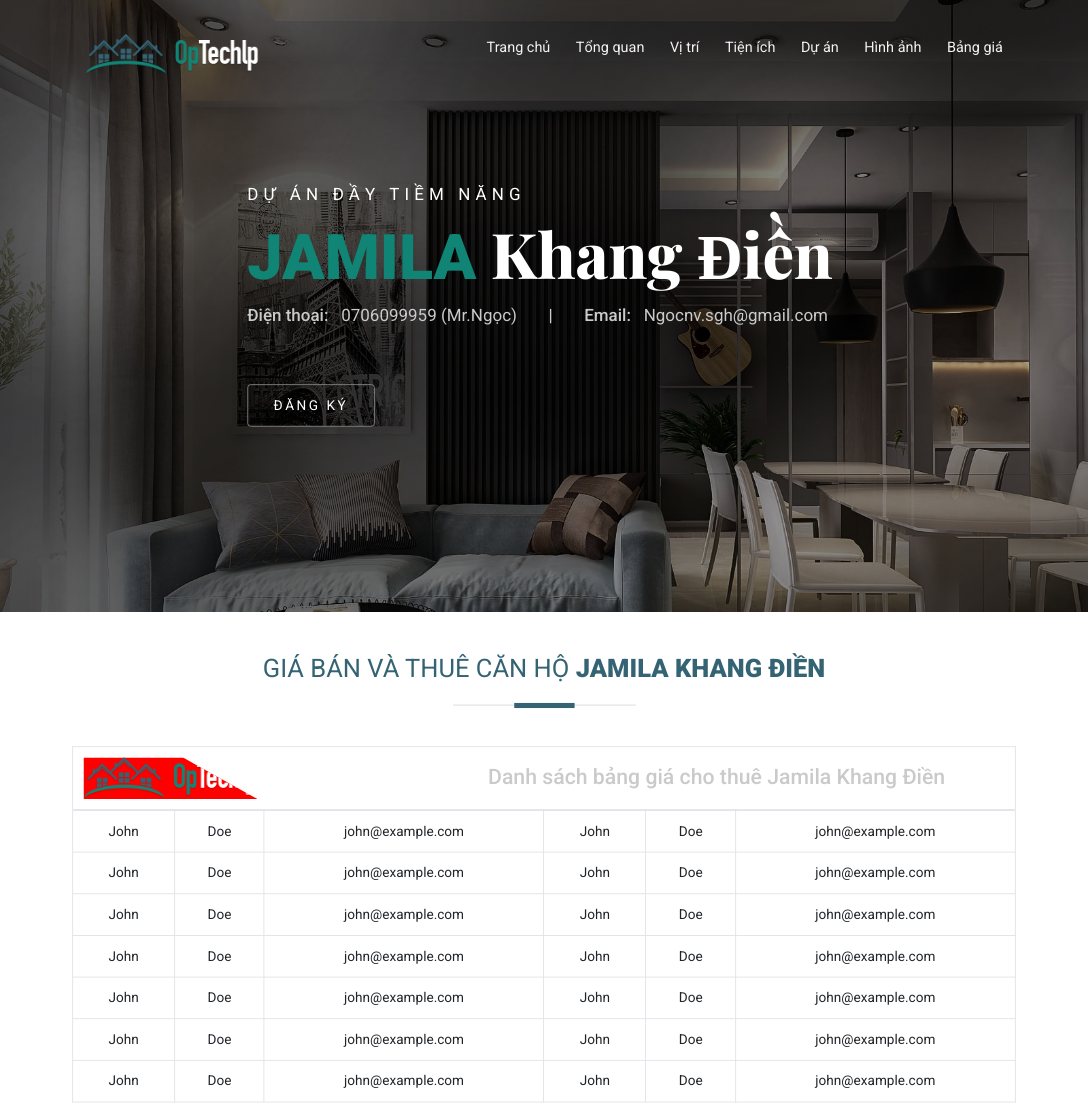
Repository: phunobi1807/Myweb
Page: index.html
These files come from the project's save history. The page is drawn as it stood at one moment and after the next save; the edit follows.
The browser window is 1280 px wide. The pictures show the whole page, at 85% of full size.
Some web fonts or font styles are not loaded; a fallback is used.

Above is the page before, as saved 2021-05-14 11:59:30.

### index.html
<!DOCTYPE html>
<html lang="en">

<head>
    <meta charset="UTF-8">
    <meta http-equiv="X-UA-Compatible" content="IE=edge">
    <meta name="viewport" content="width=device-width, initial-scale=1.0">
    <link rel="stylesheet" type="text/css" href="./css/style.css">
    <title>JAMILA Khang Điền</title>
</head>

<body>
    <header>
        <a href="#" class="logo">
            <img src="./image/logo-banner.png" alt="logo">
        </a>
        <div class="menuToggle" onclick="toggleMenu"></div>
        <ul class="navigation">
            <li><a href="#" onclick="toggleMenu">Trang chủ</a></li>
            <li><a href="#" onclick="toggleMenu">Tổng quan</a></li>
            <li><a href="#" onclick="toggleMenu">Vị trí</a></li>
            <li><a href="#" onclick="toggleMenu">Tiện ích</a></li>
            <li><a href="#" onclick="toggleMenu">Dự án</a></li>
            <li><a href="#" onclick="toggleMenu">Hình ảnh</a></li>
            <li><a href="#" onclick="toggleMenu">Bảng giá</a></li>
        </ul>
    </header>
    <section class="banner" id="banner">
        <div class="content">
            <p class="title">dự án đầy tiềm năng</p>
            <h3><strong>JAMILA</strong> Khang Điền</h3>
            <div class="content-contact">
                <p class="phone">Điện thoại: <span class="number-phone">0706099959 (Mr.Ngọc)</span></p>
                <div class="gachgiua">|</div>
                <p class="email">Email: <span class="email">Ngocnv.sgh@gmail.com</span></p>
            </div>
            <div class="input">
                <input type="button" class="btn btn-outline" value="Đăng ký">
            </div>
        </div>
    </section>
    <section class="price-apartment mt-5">
        <div class="container text-center">
            <div class="list-price-apartment">
                <h1>giá bán và thuê căn hộ <span>jamila khang điền</span></h1>
                <div class="gach-chan">
                    <div class="gachchan"></div>
                </div>
                <table class="table table-bordered mt-5">
                    <thead>
                        <tr>
                            <th colspan="6">
                                <div class="title-table">
                                    <img src="./image/logo-banner.png" alt="">
                                    <p>Danh sách bảng giá cho thuê Jamila Khang Điền</p>
                                </div>
                            </th>
                        </tr>
                    </thead>
                    <tbody>
                        <tr>
                            <td>John</td>
                            <td>Doe</td>
                            <td>john@example.com</td>
                            <td>John</td>
                            <td>Doe</td>
                            <td>john@example.com</td>
                        </tr>
                        <tr>
                            <td>John</td>
                            <td>Doe</td>
                            <td>john@example.com</td>
                            <td>John</td>
                            <td>Doe</td>
                            <td>john@example.com</td>
                        </tr>
                        <tr>
                            <td>John</td>
                            <td>Doe</td>
                            <td>john@example.com</td>
                            <td>John</td>
                            <td>Doe</td>
                            <td>john@example.com</td>
                        </tr>
                        <tr>
                            <td>John</td>
                            <td>Doe</td>
                            <td>john@example.com</td>
                            <td>John</td>
                            <td>Doe</td>
                            <td>john@example.com</td>
                        </tr>
                        <tr>
                            <td>John</td>
                            <td>Doe</td>
                            <td>john@example.com</td>
                            <td>John</td>
                            <td>Doe</td>
                            <td>john@example.com</td>
                        </tr>
                        <tr>
                            <td>John</td>
                            <td>Doe</td>
                            <td>john@example.com</td>
                            <td>John</td>
                            <td>Doe</td>
                            <td>john@example.com</td>
                        </tr>
                        <tr>
                            <td>John</td>
                            <td>Doe</td>
                            <td>john@example.com</td>
                            <td>John</td>
                            <td>Doe</td>
                            <td>john@example.com</td>
                        </tr>

                    </tbody>

                </table>
            </div>
        </div>
    </section>
    <link rel="stylesheet" href="https://maxcdn.bootstrapcdn.com/bootstrap/4.5.2/css/bootstrap.min.css">
    <script src="https://ajax.googleapis.com/ajax/libs/jquery/3.5.1/jquery.min.js"></script>
    <script src="https://cdnjs.cloudflare.com/ajax/libs/popper.js/1.16.0/umd/popper.min.js"></script>
    <script src="https://maxcdn.bootstrapcdn.com/bootstrap/4.5.2/js/bootstrap.min.js"></script>
    <script type="text/javascript">
        window.addEventListener('scroll', function() {
            const header = document.querySelector('header');
            header.classList.toggle("sticky", window.scrollY > 0);
        });

        function toggleMenu() {
            const menutoggle = document.querySelector('.menuToggle');
            const navigation = document.querySelector('.navigation');
            menuToggle.classList.toggle('active');
            navigation.classList.toggle('active');
        }
    </script>
</body>

</html>
<!-- <script type="text/javascript">
    window.addEventListener('scroll', function() {
        const header = document.querySelector('header');
        header.classList.toggle("sticky", window.scrollY > 0);
    });

    function toggleMenu() {
        const menuToggle = document.querySelector('.menuToggle');
        const navigation = document.querySelector('.navigation');
        menuToggle.classList.toggle('active');
        navigation.classList.toggle('active');
    }
</script> -->

### css/style.css
    @import url(https://fonts.googleapis.com/css2?family=Roboto:wght@100;200;300;400;500;600;800;900&display=swap);
    @import url(https://fonts.googleapis.com/css2?family=Playfair+Display:wght@100;200;300;400;500;600;800;900&display=swap);
    * {
        margin: 0;
        padding: 0;
        box-sizing: border-box;
        font-family: 'Roboto', 'Regular';
        scroll-behavior: smooth;
    }

    body {
        overflow-x: hidden;
    }

    p {
        font-weight: 300;
        color: #ffffff;
    }

    .banner {
        position: relative;
        width: 100%;
        min-height: 100vh;
        display: flex;
        justify-content: center;
        align-items: center;
        background: url('../image/banner.png');
        background-size: cover;
    }

    .banner .content {
        max-width: 900px;
        text-align: left;
    }

    .banner .content p.title {
        font-size: 20px;
        opacity: 100%;
        text-transform: uppercase;
        font-weight: 400;
        letter-spacing: 6px;
        line-height: 20px;
        color: #ffffff;
    }

    .banner .content h3 {
        font-family: 'Playfair Display', serif;
        font-size: 74px;
        font-style: bold;
        font-weight: 700;
        color: #ffffff;
        text-align: left;
    }

    .banner .content h3 strong {
        color: #118575;
    }

    .banner .content .content-contact {
        margin-bottom: 50px;
    }

    .banner .content .content-contact,
    p {
        display: flex;
        color: #cacaca;
        font-size: 20px;
        font-style: bold;
        font-weight: 500;
    }

    .banner .content .content-contact p span {
        padding: 0px 15px;
        font-weight: 400;
        font-style: normal;
        color: #cacaca;
    }

    .banner .content .content-contact .gachgiua {
        padding-right: 15px;
        margin: 0px 22px;
    }

    .banner .content .input input {
        width: 150px;
        height: 50px;
        border: 1px solid;
        /* opacity: 40%; */
        color: #ffffff;
        border-color: #8a8a8a;
        text-transform: uppercase;
        letter-spacing: 3px;
        transition: 0.5s;
    }

    .banner .content .input input:hover {
        width: 160px;
        transition: 0.5s;
        background-color: #118575;
    }

    .banner .content .input input::-ms-value {
        color: red;
    }

    header {
        position: fixed;
        top: 0;
        left: 0;
        width: 100%;
        padding: 40px 100px;
        z-index: 10;
        display: flex !important;
        justify-content: space-between;
        align-items: center;
        transition: 0.5s;
    }

    header.sticky {
        background: rgb(43, 43, 43);
        padding: 10px 100px;
        box-shadow: 0 5px 20px rgba(0, 0, 0, 0.05);
    }

    header.sticky ul {
        margin-top: 14px;
        line-height: 14px;
    }

    header .navigation {
        position: relative;
        display: flex;
    }

    header .navigation li {
        list-style-type: none;
        margin-left: 30px;
    }

    header .navigation li a {
        opacity: 100%;
        font-size: 17px;
        text-decoration: none;
        color: #f2f2f2;
        line-height: 20px;
    }

    header.sticky .navigation li a {
        color: #fff;
    }

    header .navigation li a:hover {
        color: #118575;
        letter-spacing: 3px;
        transition: 1s;
        text-transform: uppercase;
    }
    /* giá bán căn hộ trong bảng  */

    .price-apartment h1 {
        font-size: 30px;
        text-transform: uppercase;
        font-weight: 400;
        color: #346473;
    }

    .price-apartment h1 span {
        font-weight: 900;
    }

    .price-apartment .gach-chan {
        border-bottom: 1px solid #d7d7d7;
        width: 215px;
        margin-left: 28rem;
        z-index: 1;
        margin-top: 25px;
    }

    .price-apartment .gachchan {
        position: absolute;
        border: 3px solid #346473;
        width: 71px;
        margin-left: 4.5rem;
        z-index: 10;
        margin-top: -2.5px;
    }

    .price-apartment .title-table {
        display: flex;
        justify-content: space-between;
    }

    .price-apartment .title-table img {
        clip-path: polygon(0 0, 57% 0, 100% 100%, 0% 100%);
        background-color: red;
    }

    .price-apartment .title-table p {
        line-height: 21px;
        margin-top: 12px;
        padding: 0px 70px;
        /* color: #fff; */
        font-size: 25px;
    }
    /* end giá bán căn hộ trong bảng  */

After the next save:
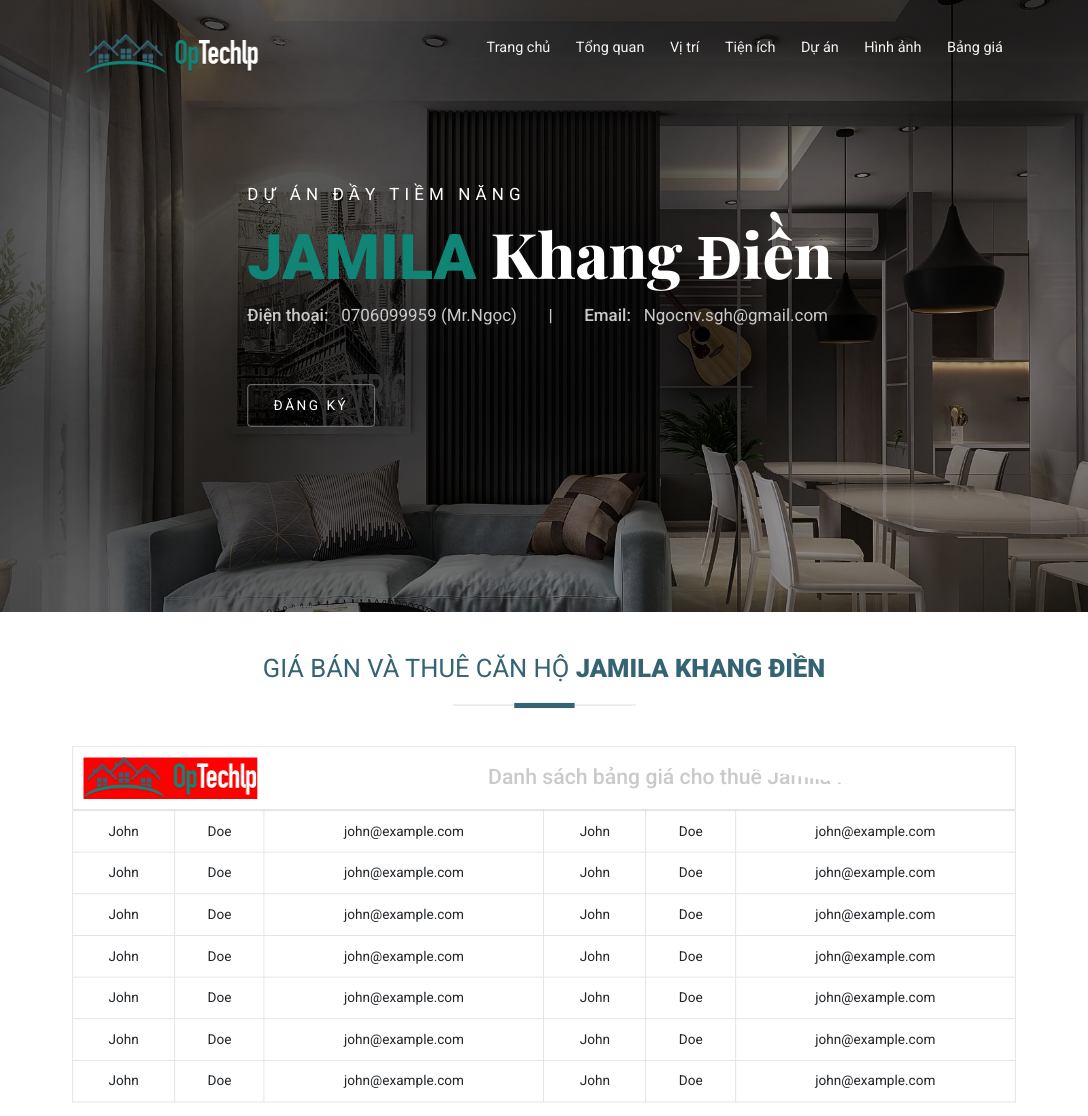
Saved 76 s later.
--- a/css/style.css
+++ b/css/style.css
@@ -185,13 +185,16 @@
         margin-top: -2.5px;
     }
 
+    .price-apartment th {
+        clip-path: polygon(0 0, 57% 0, 100% 100%, 0% 100%);
+    }
+
     .price-apartment .title-table {
         display: flex;
         justify-content: space-between;
     }
 
     .price-apartment .title-table img {
-        clip-path: polygon(0 0, 57% 0, 100% 100%, 0% 100%);
         background-color: red;
     }
 
